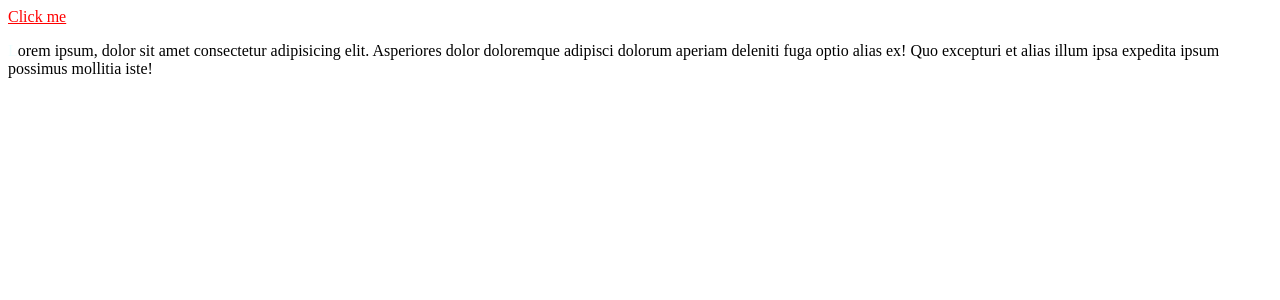
Repository: 12323397/K23KT
Page: css.html
An editor plug-in stored every save of this project. The page is shown before and after a run of saves, followed by the edit.
The browser window is 1280 px wide. The pictures show the whole page.

Above is the page before, as saved 2025-01-28 13:39:42.

### css.html
<!--CSS = Cascading style sheet
    3 way to const
    1)Internal  2)External 3)Inline -->
<!DOCTYPE html>
<html lang="en">
<head>
    <meta charset="UTF-8">
    <meta name="viewport" content="width=device-width, initial-scale=1.0">
    <title>Document</title>
    <style>
        a:link{color:red;}
        a:hover{color:yellow;}
        a:active{color:blueviolet;}
        a:visited{color:aqua;}
        p::first-letter{color:azure;}
        p::first-line
    </style>
</head>
<body>
    <a href = "random.html" >Click me</a>
    <p>Lorem ipsum, dolor sit amet consectetur adipisicing elit. Asperiores dolor doloremque adipisci dolorum aperiam deleniti fuga optio alias ex! Quo excepturi et alias illum ipsa expedita ipsum possimus mollitia iste!</p>
</body>
</html>

After the next 5 saves:
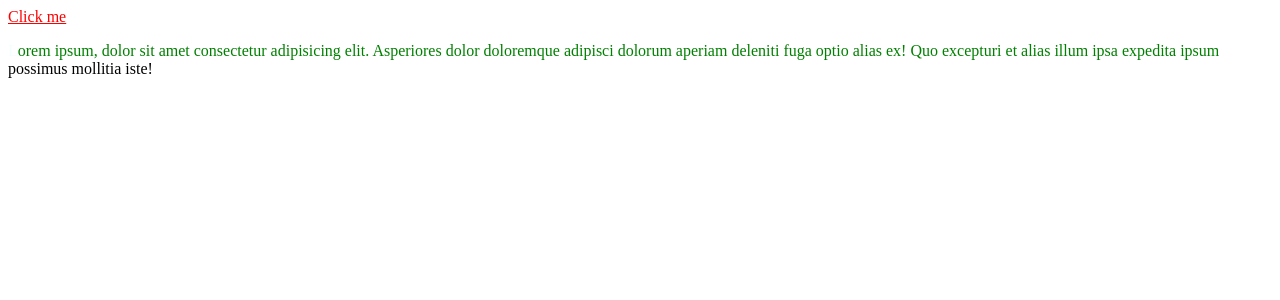
The 5 saves are shown as one change because they came seconds apart.
The last was saved 12 s later.
--- a/css.html
+++ b/css.html
@@ -13,7 +13,8 @@
         a:active{color:blueviolet;}
         a:visited{color:aqua;}
         p::first-letter{color:azure;}
-        p::first-line
+        p::first-line{color:green;}
+        p::
     </style>
 </head>
 <body>
